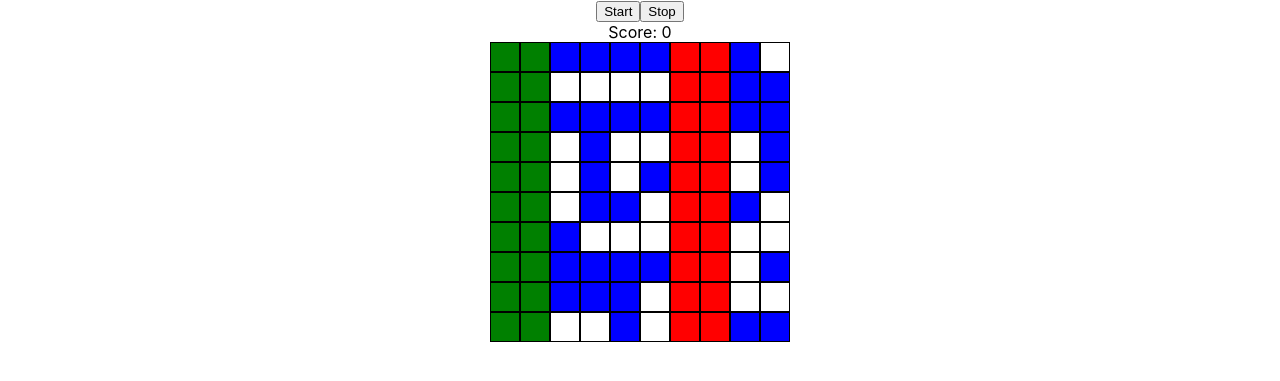
Repository: drumsmanku/grid-game
Page: / (app in client/)
An editor plug-in stored every save of this project. The page is shown before and after the next save, followed by the edit.
The browser window is 1280 px wide. The pictures show the whole page.
The project was rebuilt for these pictures with package versions that can differ from the ones it lists, and the page was loaded fresh each time. Also part of the build but not shown: client/src/App.css, client/src/components/Grid.css.

Above is the page before, as saved 2024-03-22 22:20:11.

After the next save:
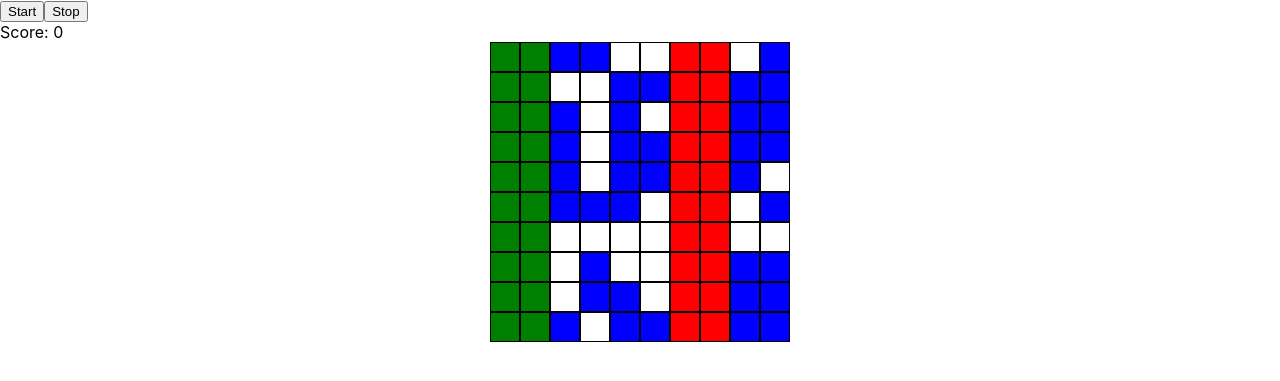
Saved 33 s later.
--- a/client/src/components/Grid.js
+++ b/client/src/components/Grid.js
@@ -6,10 +6,10 @@
   for (let row = 0; row < 10; row++) {
     let currentRow = [];
     for (let col = 0; col < 10; col++) {
-      if (col < 2) currentRow.push("green");
-      else if (col < 6) currentRow.push(Math.random() < 0.5 ? "blue" : "");
-      else if (col < 8) currentRow.push("red");
-      else currentRow.push(Math.random() < 0.5 ? "blue" : "");
+      if (col < 2) currentRow.push('green');
+      else if (col < 6) currentRow.push(Math.random() < 0.5 ? 'blue' : '');
+      else if (col < 8) currentRow.push('red');
+      else currentRow.push(Math.random() < 0.5 ? 'blue' : '');
     }
     grid.push(currentRow);
   }
@@ -17,89 +17,45 @@
 };
 
 function Grid() {
-  const [grid, setGrid] = useState(initialGrid);
+  const [grid, setGrid] = useState(initialGrid());
   const [score, setScore] = useState(0);
-  const [isMoving, setIsMoving] = useState(false);
-  const [isMovingRight, setIsMovingRight] = useState(true);
-
-  const moveRedColumns = () => {
-    setGrid(prevGrid => {
-      const newGrid = prevGrid.map(row => [...row]);
-      if (isMovingRight) {
-        for (let row = 0; row < 10; row++) {
-          for (let col = 9; col >= 0; col--) {
-            if (newGrid[row][col] === "red") {
-              if (col < 9) {
-                if (newGrid[row][col + 1] === "") {
-                  newGrid[row][col + 1] = "red";
-                  newGrid[row][col] = "";
-                } else if (newGrid[row][col + 1] === "blue" || newGrid[row][col + 1] === "green") {
-                  newGrid[row][col] = "red";
-                }
-              } else {
-                newGrid[row][col] = "";
-              }
-            }
-          }
-        }
-      } else {
-        for (let row = 0; row < 10; row++) {
-          for (let col = 0; col < 10; col++) {
-            if (newGrid[row][col] === "red") {
-              if (col > 0) {
-                if (newGrid[row][col - 1] === "") {
-                  newGrid[row][col - 1] = "red";
-                  newGrid[row][col] = "";
-                } else if (newGrid[row][col - 1] === "blue" || newGrid[row][col - 1] === "green") {
-                  newGrid[row][col] = "red";
-                }
-              } else {
-                newGrid[row][col] = "";
-              }
-            }
-          }
-        }
-      }
-      return newGrid;
-    });
-  };
-
-
+  const [isRunning, setIsRunning] = useState(false);
 
   useEffect(() => {
-    let interval;
-    if (isMoving) {
-      interval = setInterval(moveRedColumns, 500);
-    } else {
-      clearInterval(interval);
+    let intervalId;
+    if (isRunning) {
+      intervalId = setInterval(() => {
+        setGrid((prevGrid) => {
+          const newGrid = prevGrid.map((row) => {
+            const newRow = row.slice();
+            newRow.unshift(newRow.pop()); // Move last item to the front (rotate right)
+            return newRow;
+          });
+          return newGrid;
+        });
+      }, 1000);
     }
-    return () => clearInterval(interval);
-  }, [isMoving, isMovingRight]);
+    return () => clearInterval(intervalId);
+  }, [isRunning]);
 
   const handleClick = (row, col) => {
-    if (grid[row][col] === "red") {
-      setScore(prevScore => Math.max(0, prevScore - 10));
-    } else if (grid[row][col] === "blue") {
-      setScore(prevScore => prevScore + 10);
-    }
-  };
-
-  const handleStart = () => {
-    setIsMoving(true);
-  };
-
-  const handleStop = () => {
-    setIsMoving(false);
+    setGrid((prevGrid) => {
+      const color = prevGrid[row][col];
+      if (color === 'red') {
+        setScore((prevScore) => prevScore - 10);
+      } else if (color === 'blue') {
+        setScore((prevScore) => prevScore + 10);
+      }
+      return prevGrid;
+    });
   };
 
   return (
     <div className="Grid">
+      <button onClick={() => setIsRunning(true)}>Start</button>
+      <button onClick={() => setIsRunning(false)}>Stop</button>
+      <div>Score: {score}</div>
       <div style={{ display: 'flex', flexDirection: 'column', alignItems: 'center' }}>
-        <div>
-          <button onClick={handleStart}>Start</button>
-          <button onClick={handleStop}>Stop</button>
-        </div>
-        <div>Score: {score}</div>
         {grid.map((row, rowIndex) => (
           <div key={rowIndex} style={{ display: 'flex' }}>
             {row.map((col, colIndex) => (
